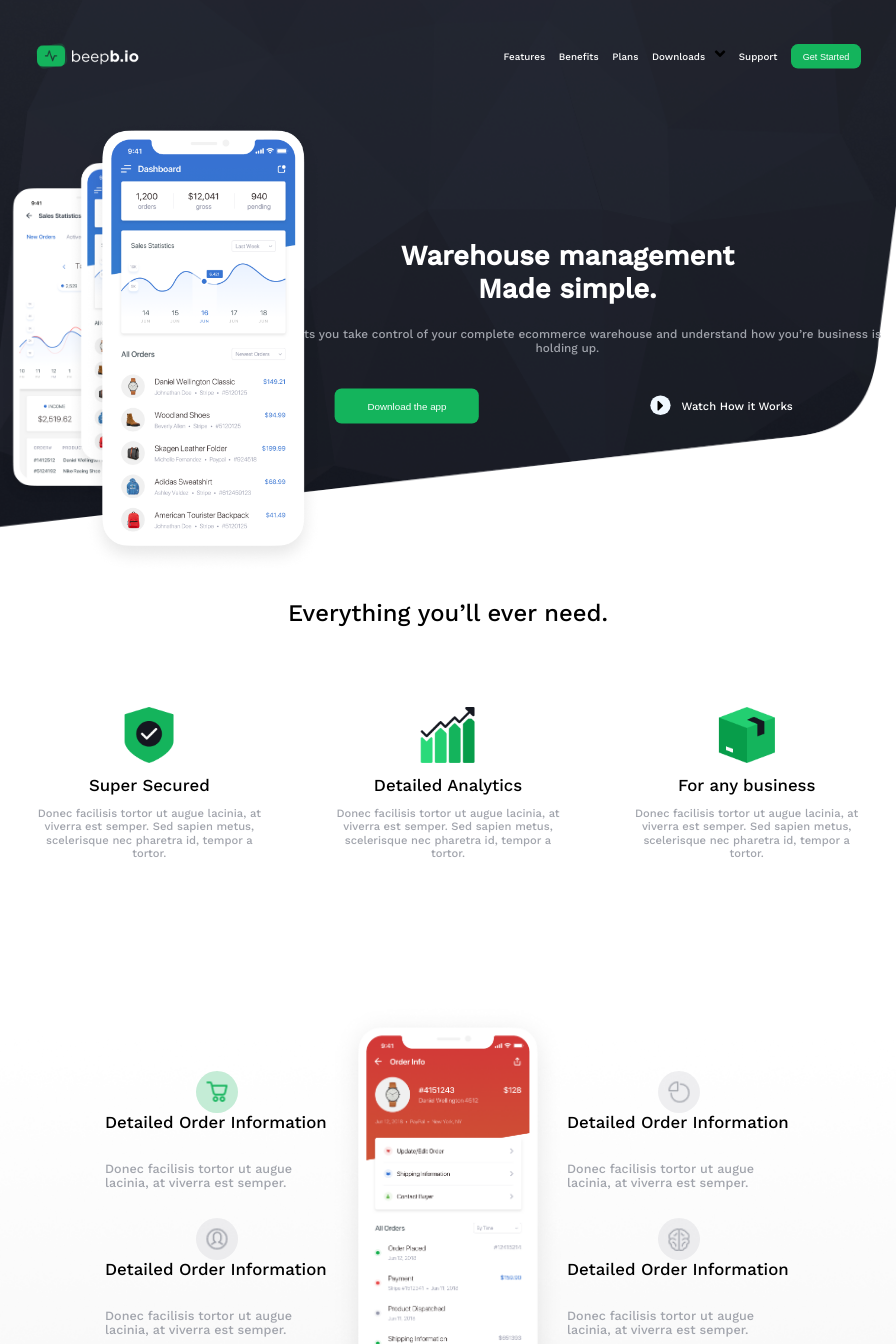
Repository: thinhnguyen347/thinhnguyen347.github.io
Page: cut-html-css/index.html
The author's editor kept a copy of each file at every save. The page is drawn from the files as they stood at one save, then again after the next save.
The browser window is 1280 px wide. The pictures show the part of the page from y = 0 to 1920 px (the page is 4463 px tall), at 70% of full size.

Above is the page before, as saved 2021-11-10 19:21:11.

After the next save:
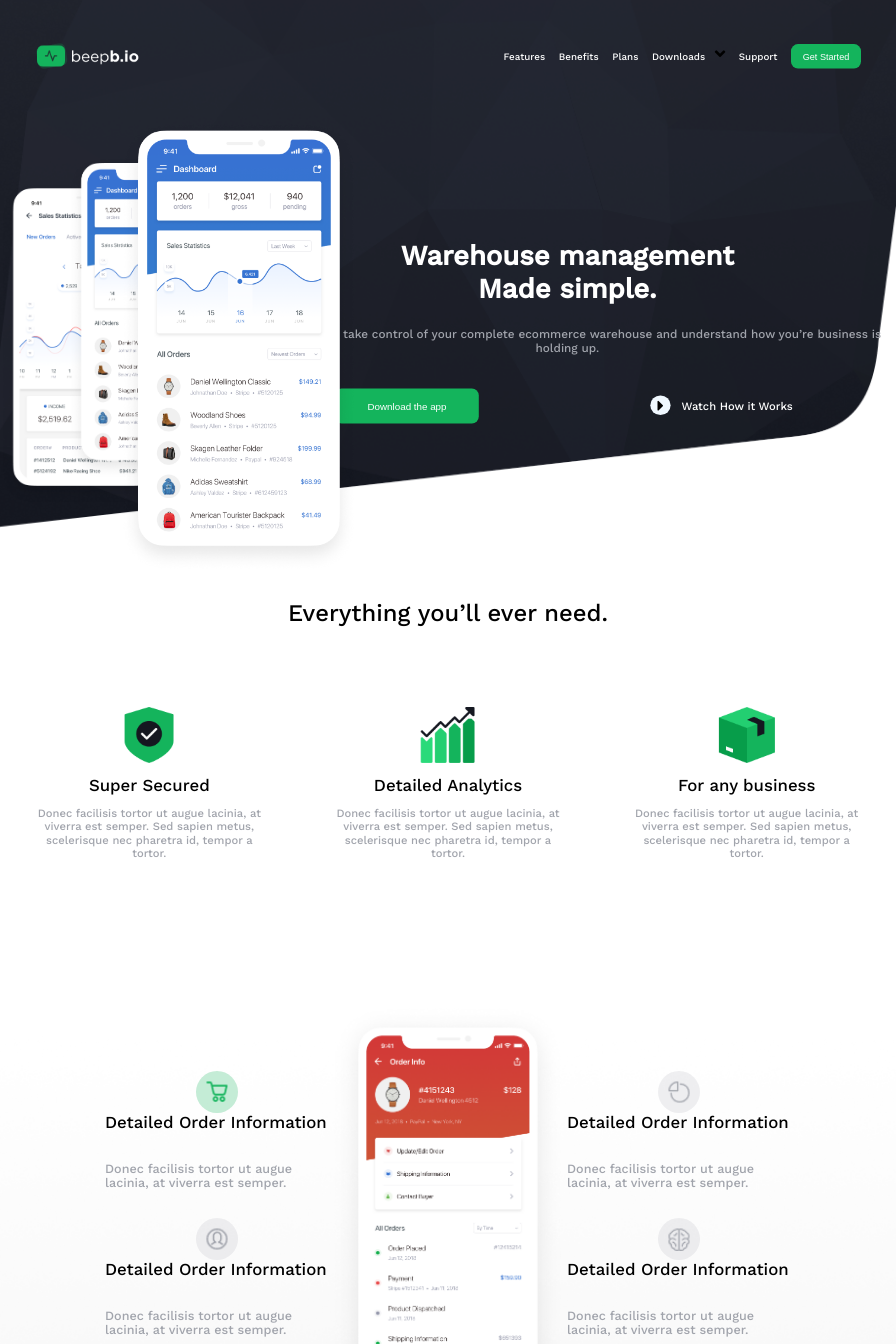
Saved 6 s later.
--- a/cut-html-css/css/style.css
+++ b/cut-html-css/css/style.css
@@ -167,7 +167,7 @@ li.menuitem:hover .drop-down {
 .iphone-x2 {
   position: absolute;
   top: -10%;
-  left: 120px;
+  left: 50%;
   max-width: 341px;
 }
 
